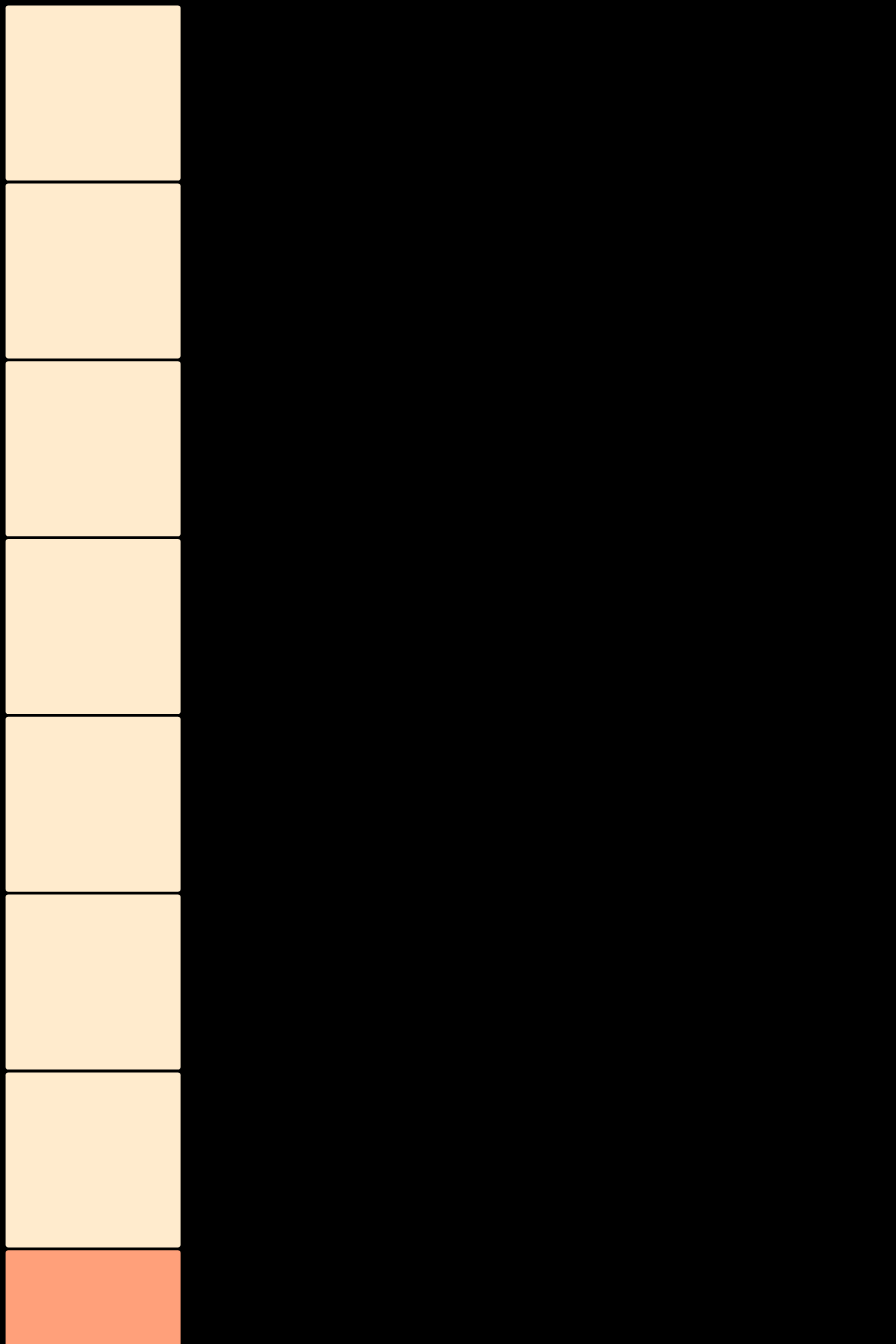
Repository: woojinShim/Browser-Study
Page: window-coordinates.html
The author's editor kept a copy of each file at every save. The page is drawn from the files as they stood at one save, then again after the next save.
The browser window is 1280 px wide. The pictures show the part of the page from y = 0 to 1920 px (the page is 2552 px tall before and 2573 px after), at 70% of full size.

Above is the page before, as saved 2022-02-02 20:27:33.

After the next save:
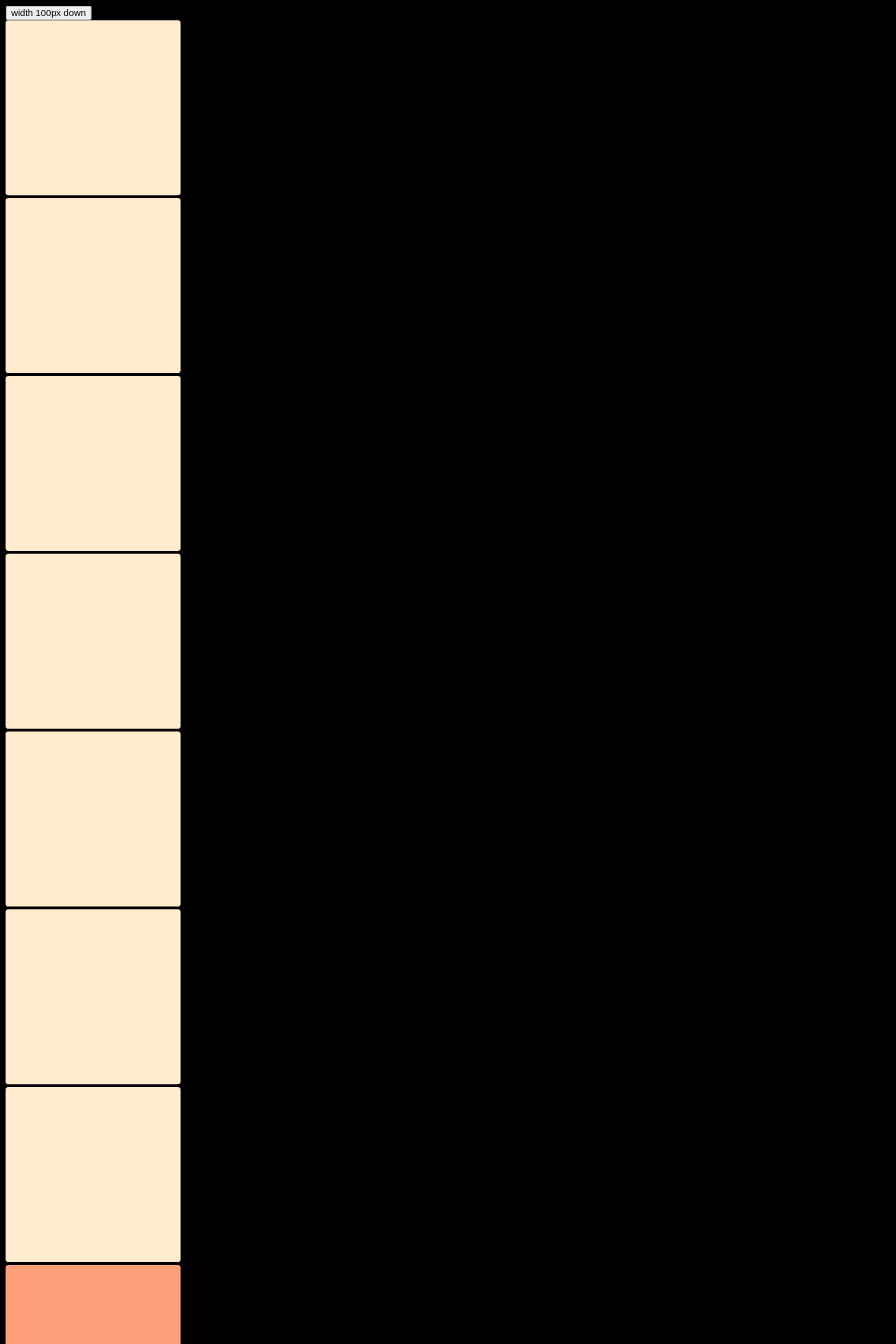
Saved 9 min 13 s later.
--- a/window-coordinates.html
+++ b/window-coordinates.html
@@ -25,6 +25,7 @@
     </style>
 </head>
 <body>
+    <button>width 100px down</button>
     <div></div>
     <div></div>
     <div></div>
